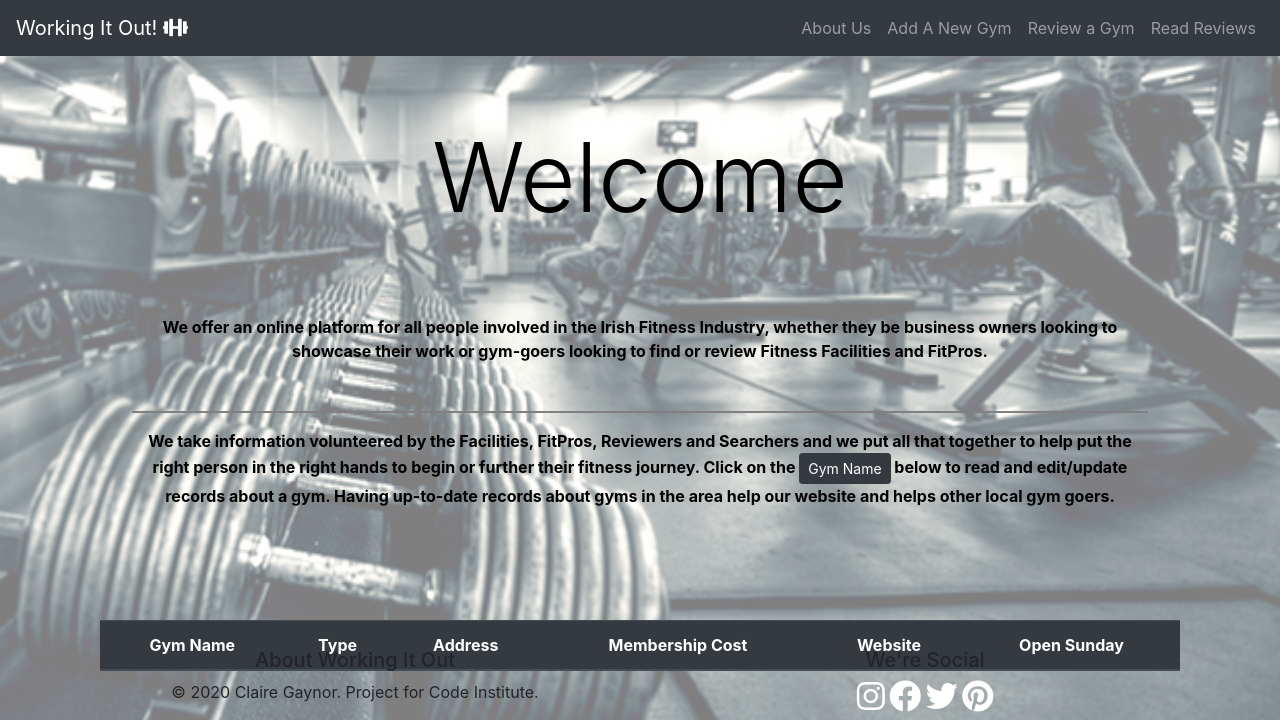
Repository: cgaynor91/Working_It_Out
Page: http://localhost/
The author's editor kept a record of every edit. The page is drawn from the files as they stood at one moment, then again after the next edit.
The browser window is 1280 px wide. The pictures show the whole page.
Some web libraries are served in a nearby version. The page is served by the project's application, run on Flask 3 (app.py). Queries for data that is not in the repository find no rows.

Above is the page before.

### templates/home.html
{% extends 'base.html'%} {% block content %}

<div class="container-fluid">
 <div class="container justify-content-center">
  <div class="col-12 jumbo-text">
   <div class="jumbotron">
    <h1 class="display-3">Welcome</h1>
    <p class="welcome-para"></b>We offer an online platform for all people involved in the Irish Fitness Industry, whether they be business owners looking to showcase their work or gym-goers looking to find or review Fitness Facilities and FitPros.</p>
    <hr>
    <p class="welcome-para">We take information volunteered by the Facilities, FitPros, Reviewers and Searchers and we put all that together to help put the right person in the right hands to begin or further their fitness journey. Click on the <button type="button" class="btn btn-dark btn-sm">Gym Name</button>     below to read and edit/update records about a gym. Having up-to-date records about gyms in the area help our website and helps other local gym goers.</p>
   </div>
  </div>
 </div>



 <!-- Table of gym Data -->

 <div class="container">
  <div class="col-12 col-md-8 table-responsive table-data">
   <table class="table table-hover">
    <thead class="thead-dark">
     <tr>
      <th scope="col">Gym Name</th>
      <th scope="col">Type</th>
      <th scope="col">Address</th>
      <th scope="col">Membership Cost</th>
      <th scope="col">Website</th>
      <th scope="col">Open Sunday</th>
     </tr>
    </thead>
    <tbody>

     {% for gym in gyms %}
     <tr>
      <td><a class="btn btn-outline-dark btn-home" href="{{url_for('edit_gym', gym_id=gym._id)}}" role="button">{{gym.gym_name}}</a></td>
      <td>{{gym.gym_type}}</td>
      <td>{{gym.gym_address}}</td>
      <td>{{gym.cost}}</td>
      <td>{{gym.gym_url}}</td>
      <td>{{gym.open_sunday}}</td>
     </tr>
     {% endfor %}
    </tbody>
   </table>
</div>
</div>

  {% endblock %}

### templates/base.html
<!DOCTYPE html>
<html>

<head>
    <link href="https://fonts.googleapis.com/css?family=Rubik&display=swap" rel="stylesheet">
    <link rel="stylesheet" href="https://stackpath.bootstrapcdn.com/bootstrap/4.4.1/css/bootstrap.min.css">
    <link rel="stylesheet" href="https://cdnjs.cloudflare.com/ajax/libs/font-awesome/5.12.0/css/all.min.css" />
    <link rel="stylesheet" href="{{ url_for('static', filename='css/style.css') }}" type="text/css" />
    <title>Working It Out!</title>
</head>

<body>
    <header>
        <!-- Navbar taken from Bootstrap -->
        <nav class="navbar navbar-expand-md navbar-dark bg-dark home-text">
            <a class="navbar-brand" href="{{url_for('get_gyms')}}">Working It Out! <i
                    class="fas fa-dumbbell"></i></a>
            <button class="navbar-toggler" type="button" data-toggle="collapse" data-target="#navbarNavAltMarkup" aria-controls="navbarNavAltMarkup" aria-expanded="false" aria-label="Toggle navigation">
                <span class="navbar-toggler-icon"></span>
            </button>
            <div class="collapse navbar-collapse" id="navbarNavAltMarkup">
                <div class="navbar-nav ml-auto">
                    <a class="nav-item nav-link" href="{{url_for('about')}}">About Us</a>
                    <a class="nav-item nav-link" href="{{url_for('add_new_gym')}}">Add A New Gym</a>
                    <a class="nav-item nav-link" href="{{url_for('gym_review')}}">Review a Gym</a>
                    <a class="nav-item nav-link" href="{{url_for('read_review')}}">Read Reviews</a>


                </div>
            </div>

        </nav>
    </header>

    <!-- Background image -->
    <div class="container-fluid bg"></div>


    {% block content %} {% endblock %}

    <!--Footer-->
    <footer class="fixed-bottom">
        <div class="container">
            <div class="row">
                <div class="col l6 s12">
                    <h5>About Working It Out</h5>
                    <p> © 2020 Claire Gaynor. Project for Code Institute.</p>
                </div>
                <div class="col l4 offset-l2 s12">
                    <h5>We're Social</h5>
                    <a href="https://www.instagram.com/" target="_blank"><i class="fab fa-instagram fa-2x" style="color:white"></i></a>
                    <a href="https://www.facebook.com/" target="_blank"><i class="fab fa-facebook fa-2x" style="color:white"></i></a>
                    <a href="https://www.twitter.com/" target="_blank"><i class="fab fa-twitter fa-2x" style="color:white"></i>
                    <a href="https://www.pinterest.com/" target="_blank"><i class="fab fa-pinterest fa-2x" style="color:white"></i></a>
                </div>
            </div>
        </div>
    </footer>



    <script src="https://code.jquery.com/jquery-3.4.1.slim.min.js"></script>
    <script src="https://cdn.jsdelivr.net/npm/popper.js@1.16.0/dist/umd/popper.min.js"></script>
    <script src="https://stackpath.bootstrapcdn.com/bootstrap/4.4.1/js/bootstrap.min.js"></script>
</body>

</html>

### app.py
import os
from flask import Flask, render_template, redirect, request, url_for
from flask_pymongo import PyMongo
from bson.objectid import ObjectId

app = Flask(__name__)
app.config["MONGO_DBNAME"] = 'working_it_out'
app.config["MONGO_URI"] = os.getenv('MONGO_URI')

mongo = PyMongo(app)


@app.route('/')
@app.route('/get_gyms')
def get_gyms():
    return render_template("home.html", gyms=mongo.db.gyms.find())

@app.route("/about")
def about():
    return render_template("about.html")


@app.route("/add_new_gym")
def add_new_gym():
    return render_template("add_gym.html")

# Sends the data that the user inserts to the database

@app.route("/insert_gym", methods=['POST'])
def insert_gym():
    gym = mongo.db.gyms
    gym.insert_one({
        'gym_name': request.form.get('Gym Name'),
        'gym_type': request.form.get('Gym Type'),
        'address':request.form.get('Gym Address'),
        'cost':request.form.get('Membership Cost'),
        'gym_url':request.form.get('Gym Website'),
        })
    return redirect(url_for('get_gyms'))


# Allows user to update information about a gym

@app.route("/edit_gym/<gym_id>")
def edit_gym(gym_id):
    the_gym = mongo.db.gyms.find_one({"_id": ObjectId(gym_id)})
    return render_template("update_gym.html", gym=the_gym)

@app.route("/update_gym/<gym_id>", methods=["POST"])
def update_gym(gym_id):
    gym = mongo.db.gyms
    gym.update({'_id': ObjectId(gym_id)}, {
        'gym_name' : request.form.get('gym_name'),
        'status' : request.form.get('gym_type'),
        'address' : request.form.get('gym_address'),
        'cost' : request.form.get('cost'),
        'gym_url' : request.form.get('gym_url')
    })
    return redirect(url_for('get_gyms'))

# Delete option for a user if they wish to delete a review they wrote or delete a review written by someone else that may be incorrect

@app.route("/delete_gym/<gym_id>")
def delete_gym(gym_id):
    mongo.db.gyms.remove({'_id': ObjectId(gym_id)})
    return redirect(url_for('get_gyms'))

@app.route("/leave_review")
def gym_review():
    return render_template("gym_review.html", gyms=mongo.db.gyms.find())

# Sends the data that the user inserts to the database

@app.route("/gym_review", methods=['POST'])
def insert_review():
    review = mongo.db.reviews
    review.insert_one(request.form.to_dict())
    return redirect(url_for('gym_review'))


@app.route("/read_review")
def read_review():
    return render_template("read_reviews.html", reviews=mongo.db.reviews.find())

if __name__ == '__main__':
    app.run(host=os.environ.get('IP'),
            port=int(os.environ.get('PORT')),
            debug=True)

### static/css/style.css
/*.body {
    margin: 0;
    padding: 0;
}
*/

.container-fluid {
    text-align: center;
}


.container-fluid_reviews {
    text-align: left;
}

.display-3 {
    font-size: 6rem;
    font-weight: 300;
    line-height: 1.2;
    margin-bottom: 5rem;
}

hr {
    border: 1px solid grey;
}

.welcome-para {
    margin-top: 0px;
    margin-bottom: 3rem;
}

.col-12 {
    -ms-flex: 0 0 100%;
    flex: 0 0 100%;
    max-width: 100%;
}

.bg {
    background-image: url(../images/bg-image.png);
    background-size: cover;
    height: 100%;
    overflow: hidden;
    position: fixed;
    width: 100%;
    opacity: 0.5;
    z-index: -1;
}

.jumbotron {
    background-color: transparent;
    margin-bottom: 0px;
}

.jumbo-text {
    color: #000;
    font-weight: bolder;
}

.btn-home {
    font-weight: bold;
    min-width: 250px;
}

.table td,
.table th {
    padding: .75rem;
    vertical-align: top;
    border-top: 1px solid #dee2e6;
    font-weight: bolder;
}




.page-footer {
    background-color: #343a40;
    color: #fff;
}


/*

After the next edit:
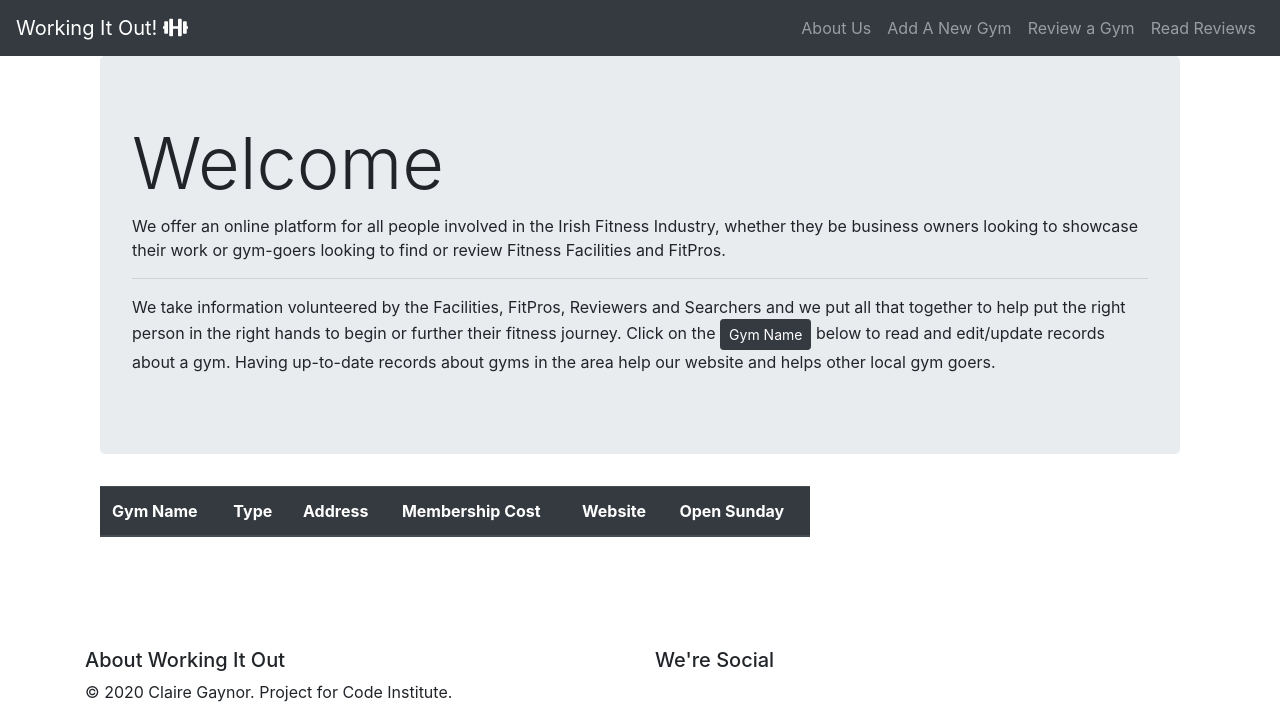
The edit:
--- a/static/css/style.css
+++ b/static/css/style.css
@@ -2,7 +2,6 @@
     margin: 0;
     padding: 0;
 }
-*/
 
 .container-fluid {
     text-align: center;

After the edit that followed:
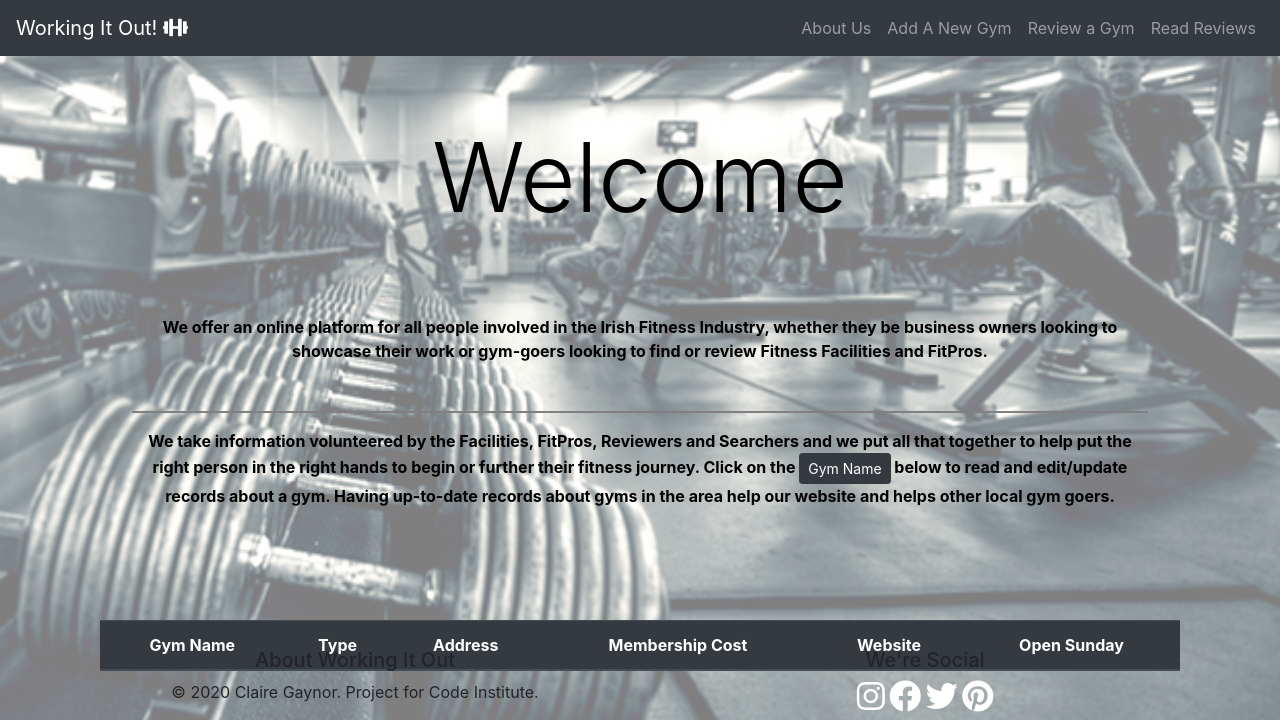
The edit:
--- a/static/css/style.css
+++ b/static/css/style.css
@@ -1,6 +1,5 @@
-/*.body {
-    margin: 0;
-    padding: 0;
+.body {
+    min-height: 100%;
 }
 
 .container-fluid {
